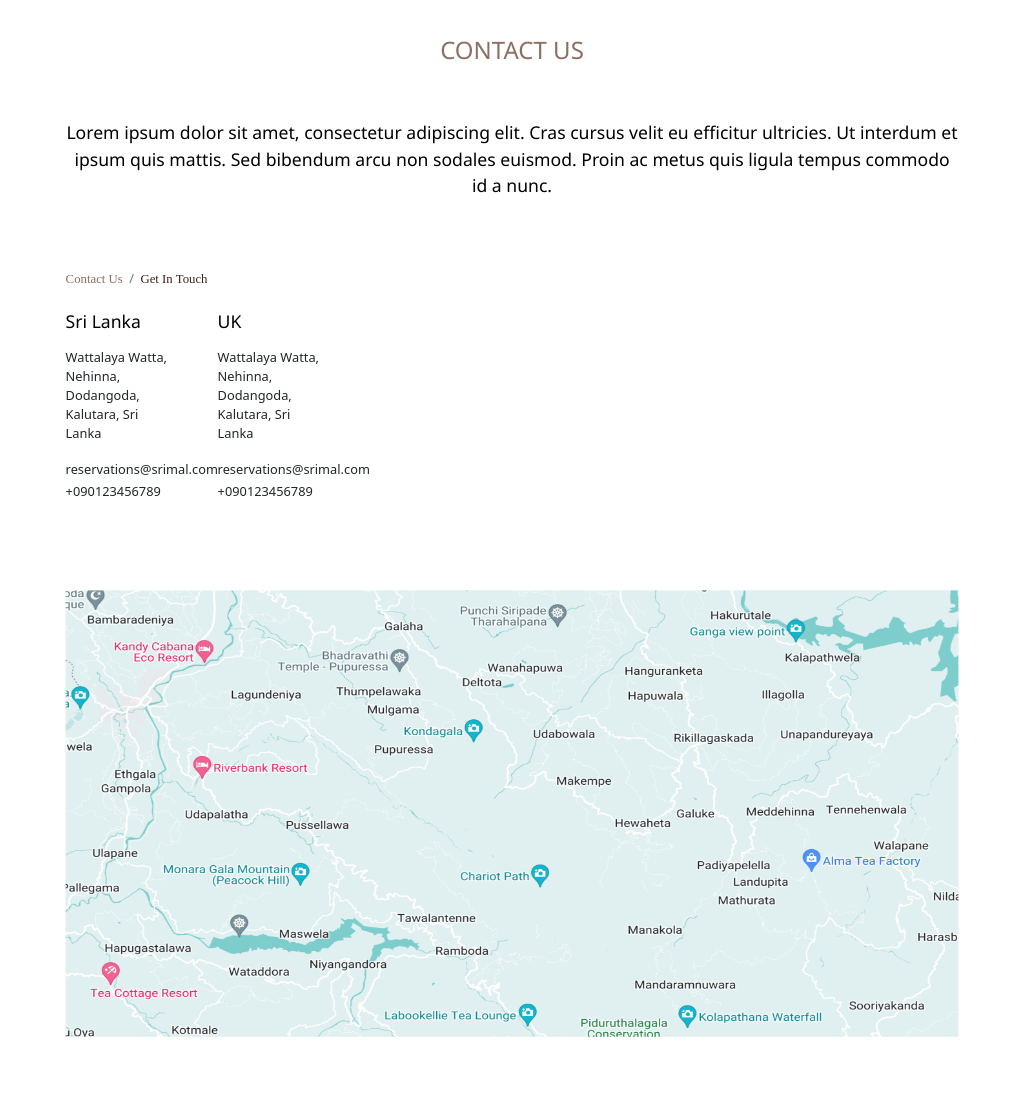
Repository: kaushalyaweerakoon/Plantation-Villa
Page: contact-us.html
An editor plug-in stored every save of this project. The page is shown before and after a run of saves, followed by the edit.
The browser window is 1280 px wide. The pictures show the whole page, at 80% of full size.
Some web fonts or font styles are not loaded; a fallback is used.

Above is the page before, as saved 2022-08-15 12:07:58.
Not found: assets/js/main.js

### contact-us.html
<!doctype html>
<html lang="en">

<head>
    <meta charset="utf-8">
    <meta name="viewport" content="width=device-width, initial-scale=1">

    <title>Plantation Villa| News Inner</title>

    <!-- Bootstrap css -->
    <link href="https://cdn.jsdelivr.net/npm/bootstrap@5.2.0-beta1/dist/css/bootstrap.min.css" rel="stylesheet"
        integrity="sha384-0evHe/X+R7YkIZDRvuzKMRqM+OrBnVFBL6DOitfPri4tjfHxaWutUpFmBp4vmVor" crossorigin="anonymous">

    <!-- fonts -->
    <link href="http://fonts.cdnfonts.com/css/segoe-ui-4" rel="stylesheet">
    <link rel="preconnect" href="https://fonts.googleapis.com">
    <link rel="preconnect" href="https://fonts.gstatic.com" crossorigin>

    <!-- swiperJS -->
    <link rel="stylesheet" href="https://unpkg.com/swiper@8/swiper-bundle.min.css" />

    <!-- custom css -->
    <link rel="stylesheet" href="asserts/css/main.css">

</head>


<!-- Section 2-->
<section class="container mt-md-4 mt-3 mb-5 pb-4">
    <p class="title pt-3">CONTACT US</p>

    <div class="text-center" id="">
        <p class="text">
            Lorem ipsum dolor sit amet, consectetur adipiscing elit. Cras cursus velit eu efficitur ultricies. Ut
            interdum et ipsum quis mattis. Sed bibendum arcu non sodales euismod. Proin ac metus quis ligula tempus
            commodo id a nunc.
        </p>
    </div>
</section>


<div class="container pb-4">
    <!-- Breadcrumb -->
    <nav aria-label="" class="mt-5 mb-4 ">
        <ol class="breadcrumb">
            <li class="breadcrumb-item"><a href="" class="breadcrumb-text fs-13-px text-font-family">Contact
                    Us </a>
            <li class="breadcrumb-item"><a href="" aria-current="page"
                    class="breadcrumb-text active fs-13-px text-font-family">Get In Touch</a>
            </li>
        </ol>
    </nav>

    <!--/ Breadcrumb -->

    <div class="row gy-3 gx-4">



        <div class="col-md-4 col-xl-2 pe-xl-5 order-1">

            <div class="col col-xl-12">
                <p class="country text">Sri Lanka</p>
                <p class="">Wattalaya Watta,
                    Nehinna, Dodangoda,
                    Kalutara, Sri Lanka</p>
                <ul class="list-unstyled">
                    <li><a class="lh-lg text-dark text-decoration-none" href="reservations@srimal.com">reservations@srimal.com</a>
                    </li>
                    <li><a class="text-dark text-decoration-none" href="tel:++090123456789">+090123456789</a></li>
                </ul>
            </div>

        </div>

        <div class="col-md-4 col-xl-2 pe-xl-5 order-1">
            <div class="col col-xl-12 pb-5">
                <p class="country text">UK</p>
                <p class="">Wattalaya Watta,
                    Nehinna, Dodangoda,
                    Kalutara, Sri Lanka</p>
                <ul class="list-unstyled">
                    <li><a class="lh-lg text-dark text-decoration-none" href="reservations@srimal.com">reservations@srimal.com</a>
                    </li>
                    <li><a class="text-dark text-decoration-none" href="tel:++090123456789">+090123456789</a></li>
                </ul>
            </div>

        </div>
    </div>
</div>




<!-- section-->
<section class="container mt-md-4 mt-3 mb-5 pb-4">

    <div class="ratio" style="--bs-aspect-ratio: 50%;">
        <img class="" src="asserts/images/snazzy-image@2x.png" alt="">
    </div>

    <div class="m-auto" style="max-width:723px;">
    </div>
</section>




<!-- bootstrap -->
<script src="https://cdn.jsdelivr.net/npm/bootstrap@5.2.0-beta1/dist/js/bootstrap.bundle.min.js"
    integrity="sha384-pprn3073KE6tl6bjs2QrFaJGz5/SUsLqktiwsUTF55Jfv3qYSDhgCecCxMW52nD2"
    crossorigin="anonymous"></script>

<!-- swiperJS -->
<script src="https://unpkg.com/swiper@8/swiper-bundle.min.js"></script>

<!-- custom script -->
<script src="assets/js/main.js"></script>


</body>

</html>

### asserts/css/main.css
/* Call the root */
:root {
  --Lora-font: 'Lora';
  --Segoe-font: 'Segoe UI';

  --font-size-14px: 18px;
  --font-size-20px: 20px;
  --font-size-22px: 22px;
  --font-size-25px: 25px;
  --font-size-30px: 30px;
  --font-size-35px: 35px;
  --font-size-40px: 40px;

  --font-color-8d6e63: #8d6e63;
  --font-color-3e2222: #3e2222;
  --bggreen: #7d824a;
  --co-white: #ffffff;
}

/* Create clases for fronts */
.Lora-ff {
  font-family: var(--Lora-font);
}

.Segoe-ff {
  font-family: var(--Segoe-font);
}

/* Create clases for front sizes*/
.fs-18-px {
  font-size: var(--font-size-18px)
}

.fs-20-px {
  font-size: var(--font-size-20px)
}

.fs-22-px {
  font-size: var(--font-size-22px)
}

.fs-25-px {
  font-size: var(--font-size-22px)
}

.fs-30-px {
  font-size: var(--font-size-30px)
}

.fs-35-px {
  font-size: var(--font-size-35px)
}

.fs-40-px {
  font-size: var(--font-size-40px)
}

/* Color */
.txt-purple {
  color: var(--font-color-8d6e63)
}

.txt-red {
  color: var(--font-color-3e2222)
}

/* news inner */

/* Breadcrumb */
.breadcrumb-text {
  font-family: var(--Lora-font);
  text-decoration: none;
  color: var(--font-color-8d6e63);
  font-weight: normal;
}

.breadcrumb-text.active {
  color: var(--font-color-3e2222);
  text-decoration: none;
  font-weight: normal;
}

.breadcrumb-text:hover {
  font-family: var(--Lora-font);
  font-size: var(--font-size-35px);
  color: var(--font-color-8d6e63);
  text-decoration: none;
}

/* -- */

.newsinner-date {
  color: var(--font-color-8d6e63);
  font-family: var(--Segoe-font);
  font-size: var(--font-size-20px);
}

.newsinner-head {
  color: var(--font-color-3e2222);
  font-family: var(--Lora-font);
  font-size: 45px;
  font-weight: normal;
}

.newsinner-text{
  font-size: var(--font-size-22px);
  font-family: var(--Segoe-font);
}

/* Heading */

.title {
  font-size: var(--font-size-30px);
  font-family: var(--Segoe-font);
  color: var(--font-color-8d6e63);
  text-align: center;
  margin-bottom: clamp(40px, 5vw, 71px);
}
.text{
  font-size: var(--font-size-22px);
  font-family: var(--Segoe-font);
  color: #000;
}

/* contact us */
.country text {
  font-family: var(--Lora-font)!important;
  color: var(--font-color-3e2222);
  font-weight: normal;
  font-size: var(--font-size-30px);
}

After the next 2 saves:
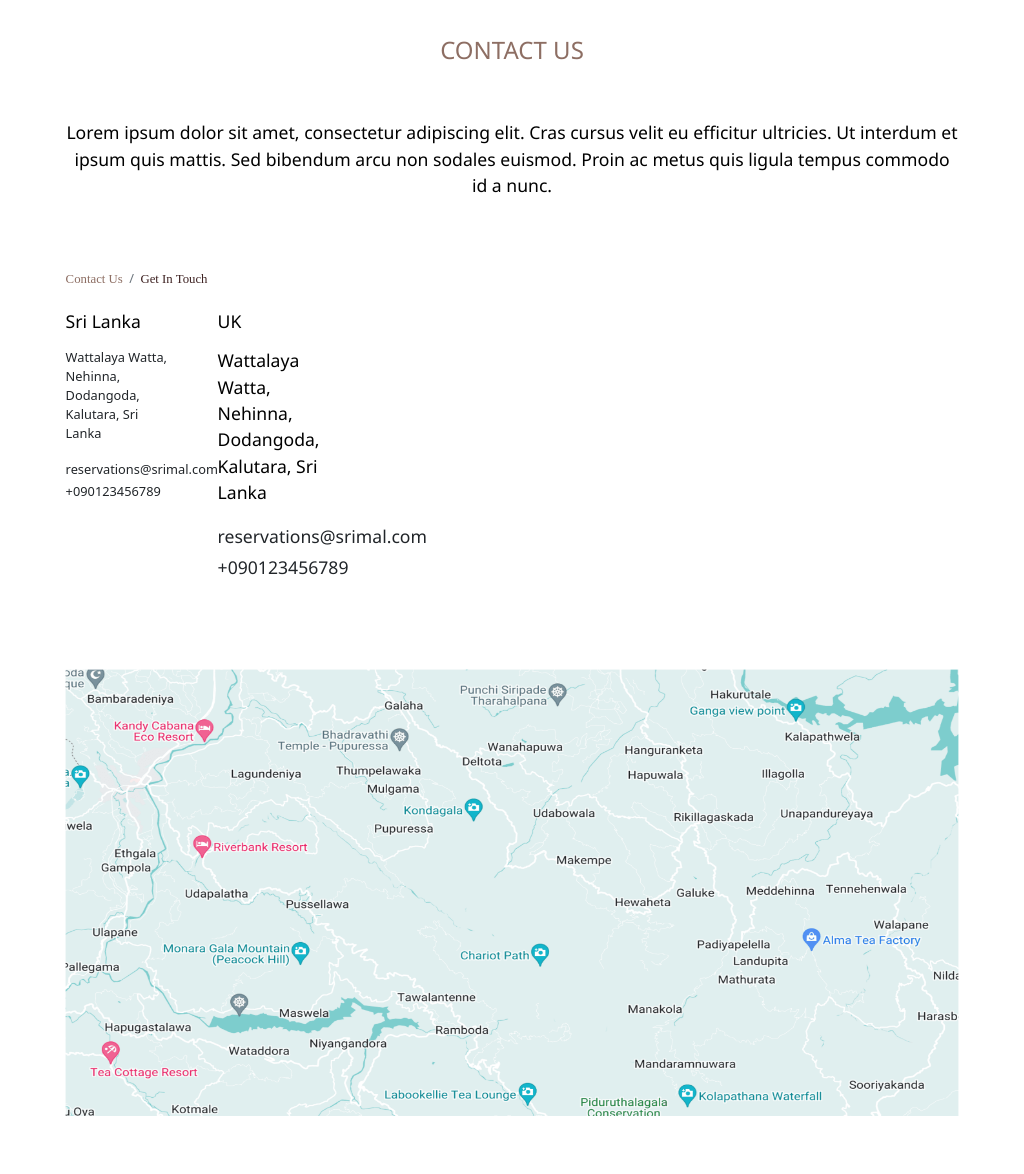
The 2 saves are shown as one change because they came seconds apart.
The last was saved 22 s later.
--- a/contact-us.html
+++ b/contact-us.html
@@ -74,7 +74,7 @@
         </div>
 
         <div class="col-md-4 col-xl-2 pe-xl-5 order-1">
-            <div class="col col-xl-12 pb-5">
+            <div class="country text col-xl-12 pb-5">
                 <p class="country text">UK</p>
                 <p class="">Wattalaya Watta,
                     Nehinna, Dodangoda,

After the save that followed:
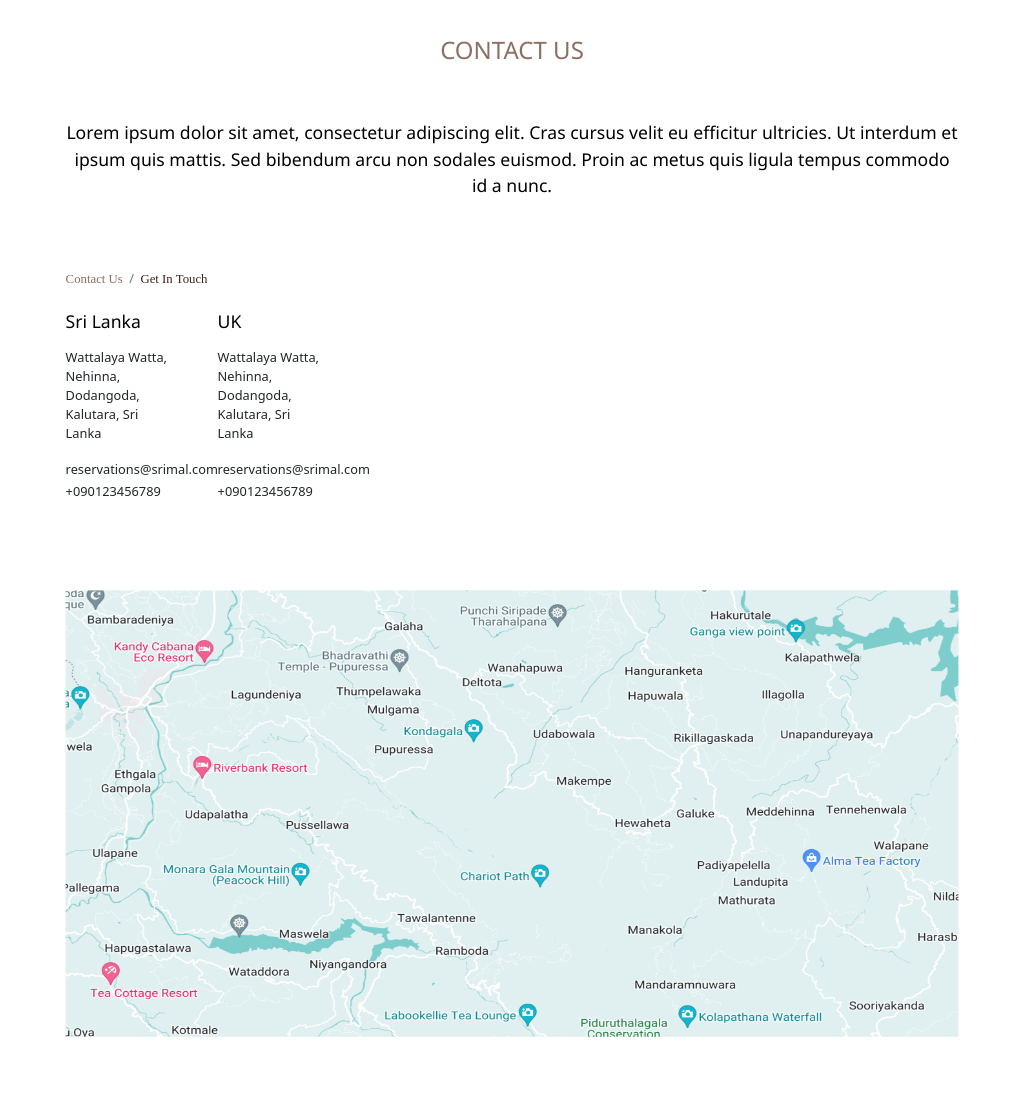
Saved 13 s later.
--- a/contact-us.html
+++ b/contact-us.html
@@ -74,7 +74,7 @@
         </div>
 
         <div class="col-md-4 col-xl-2 pe-xl-5 order-1">
-            <div class="country text col-xl-12 pb-5">
+            <div class="country textcol col-xl-12 pb-5">
                 <p class="country text">UK</p>
                 <p class="">Wattalaya Watta,
                     Nehinna, Dodangoda,
